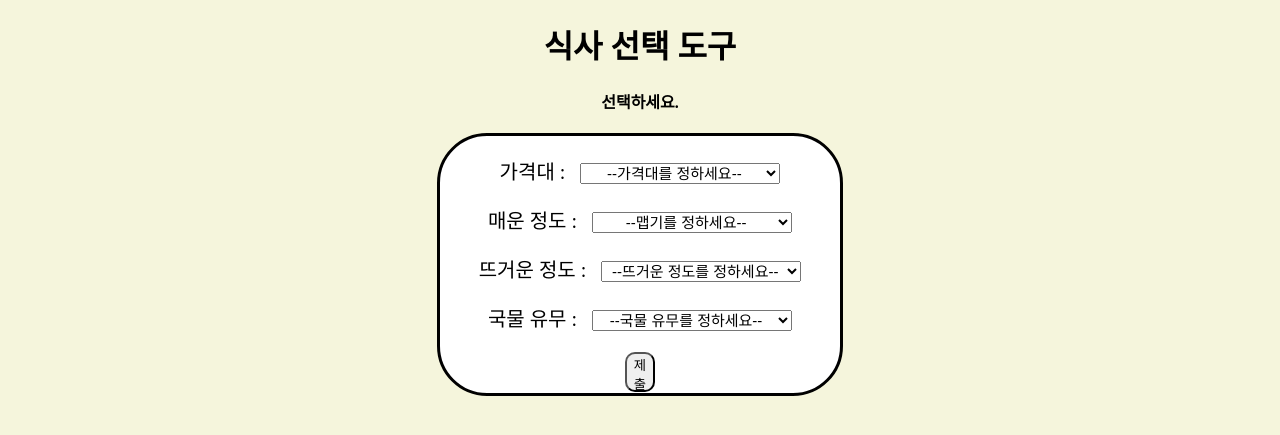
Repository: kimgh06/JavaWeb
Page: http://localhost/what/
An editor plug-in stored every save of this project. The page is shown before and after the next save, followed by the edit.
The browser window is 1280 px wide. The pictures show the whole page.
The page is served by Tomcat 9.

Above is the page before, as saved 2022-11-04 01:21:14.

After the next save:
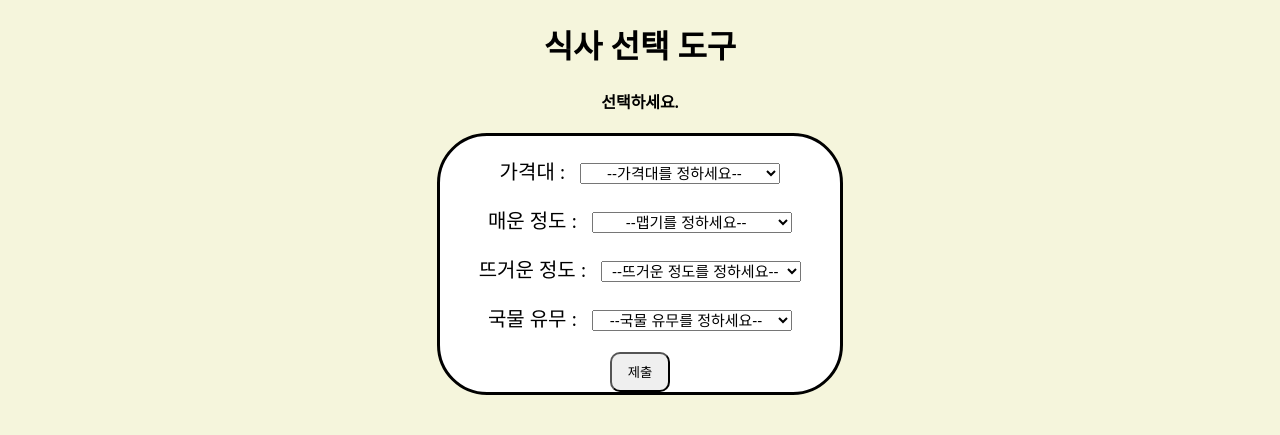
Saved 108 s later.
--- a/what/src/main/webapp/main.css
+++ b/what/src/main/webapp/main.css
@@ -35,7 +35,7 @@ body{
 }
 
 #form button{
+	width: 60px;
 	height: 40px;
-	width: 30px;
 	border-radius: 10px;
 }
